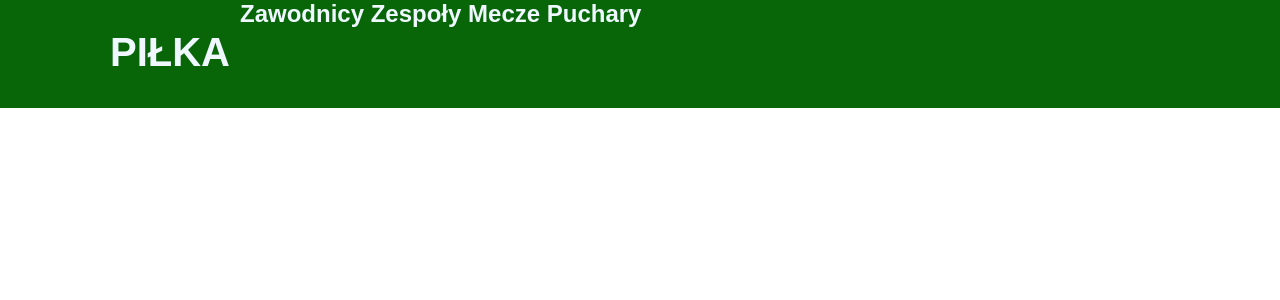
Repository: ZABA78/PAZW
Page: index.html
An editor plug-in stored every save of this project. The page is shown before and after the next save, followed by the edit.
The browser window is 1280 px wide. The pictures show the whole page.
Some web fonts or font styles are not loaded; a fallback is used.

Above is the page before, as saved 2023-10-17 14:03:22.

### index.html
<!DOCTYPE html>
<html lang="en">
<head>
    <meta charset="UTF-8">
    <meta http-equiv="X-UA-Compatible" content="IE=edge">
    <meta name="viewport" content="width=device-width, initial-scale=1.0">
    <link rel="stylesheet" href="style.css">
    <title>Piłka</title>
    <style>
        @import url('https://fonts.googleapis.com/css2?family=Tilt+Neon&display=swap');
        </style>
</head>
<body>
    <header>
        <!--<img src="pilka.png" alt="logo" class = "logo">--><h1>PIŁKA</h1>
        <nav>
            <h2>Zawodnicy
            Zespoły
            Mecze
            Puchary</h2>
        </nav>
    </header>
</body>
</html>

### style.css
*
{
    font-family: 'Tilt Neon', sans-serif;
    margin:0;
    padding: 0;
    box-sizing: border-box;

}
.logo
{
    height: 100vh;

}
h1
{
    padding: 10px;
    font-size: 40px;
    float: left;
    margin-left: 100px;
    margin-top: 20px;
}
header
{
    background-color: rgb(8, 102, 8);
    height: 15vh;
    color: aliceblue;
}
a
{
padding: 220px;
}

After the next save:
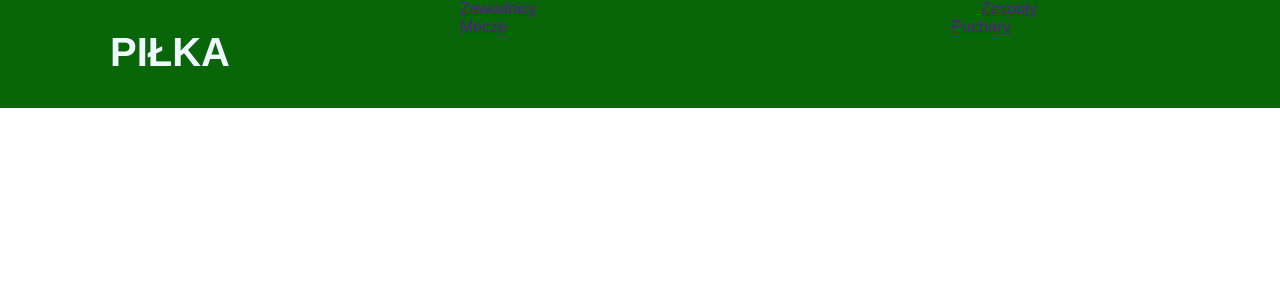
Saved 6 s later.
--- a/index.html
+++ b/index.html
@@ -14,10 +14,10 @@
     <header>
         <!--<img src="pilka.png" alt="logo" class = "logo">--><h1>PIŁKA</h1>
         <nav>
-            <h2>Zawodnicy
-            Zespoły
-            Mecze
-            Puchary</h2>
+            <a href="">Zawodnicy</a>
+            <a href="">Zespoły</a>
+            <a href="">Mecze</a>
+            <a href="">Puchary</a>
         </nav>
     </header>
 </body>
